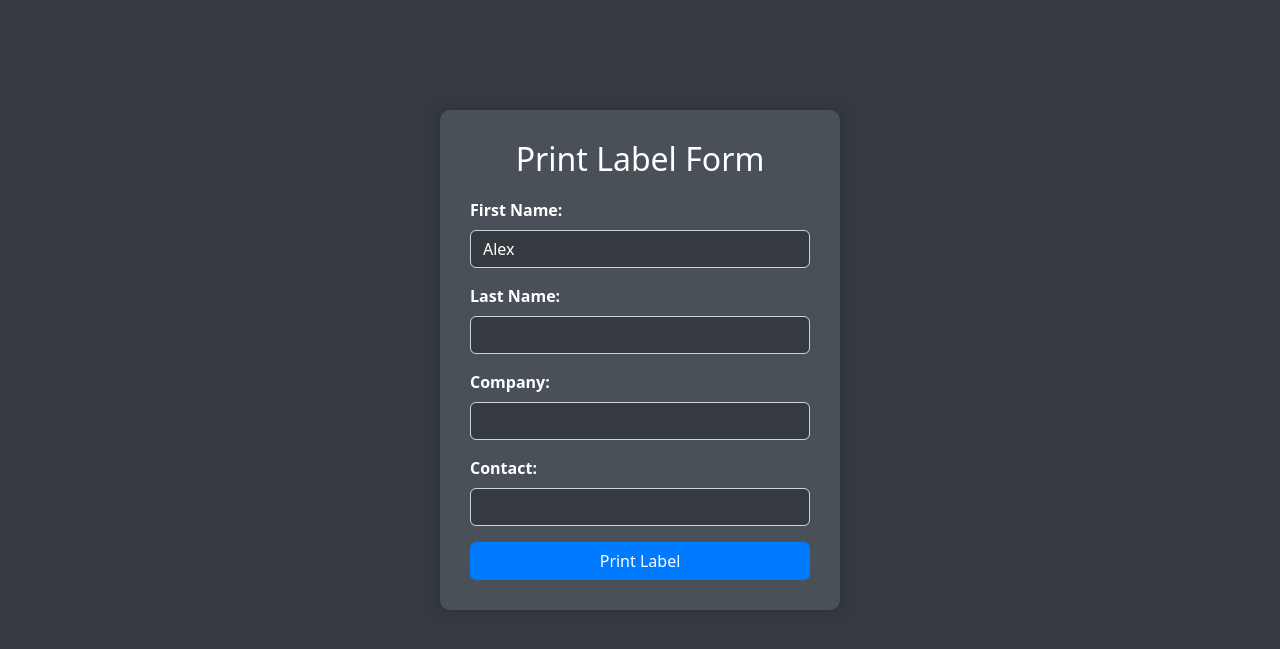
Repository: koenig39/brather
Page: templates/form.html
These files come from the project's save history. The page is drawn as it stood at one moment and after the next save; the edit follows.
The browser window is 1280 px wide. The pictures show the whole page.

Above is the page before, as saved 2024-10-24 17:26:43.

After the next save:
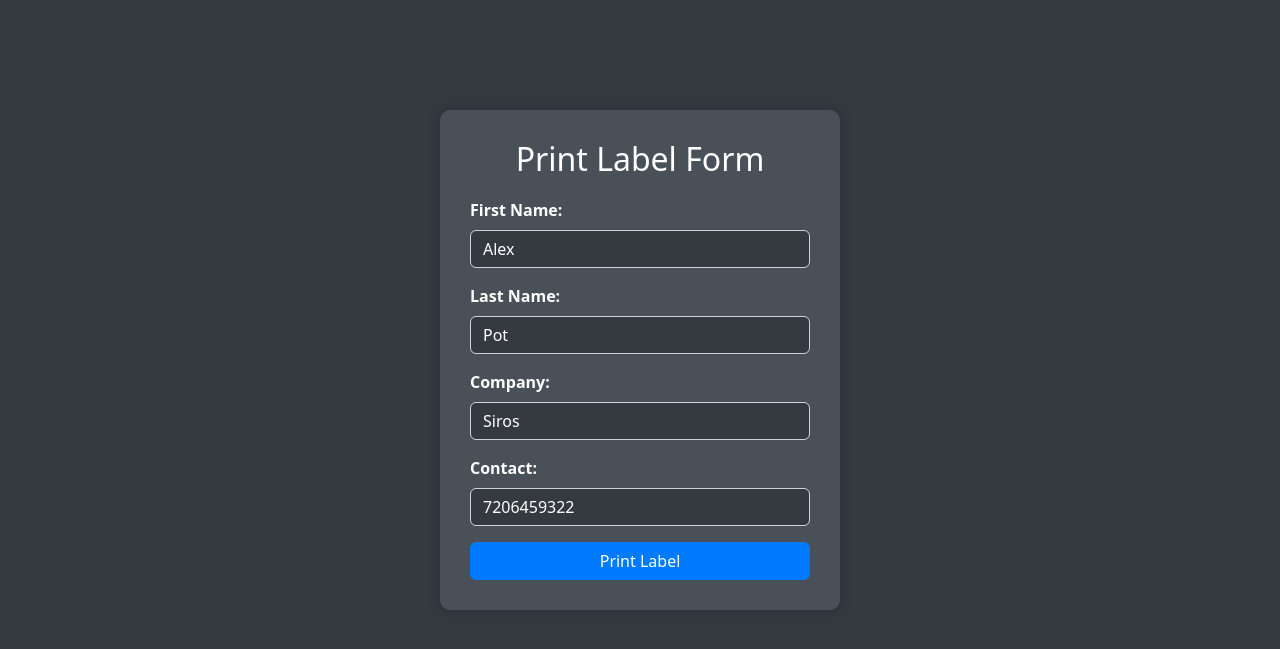
Saved 36 s later.
--- a/templates/form.html
+++ b/templates/form.html
@@ -58,22 +58,22 @@
         <form action="/submit" method="POST">
             <div class="mb-3">
                 <label for="fname" class="form-label">First Name:</label>
-                <input type="text" class="form-control" id="fname" name="fname" value="Alex">
+                <input type="text" class="form-control" id="fname" name="fname" value="Alex" required>
             </div>
 
             <div class="mb-3">
                 <label for="lname" class="form-label">Last Name:</label>
-                <input type="text" class="form-control" id="lname" name="lname" required>
+                <input type="text" class="form-control" id="lname" name="lname" value="Pot" required>
             </div>
 
             <div class="mb-3">
                 <label for="company" class="form-label">Company:</label>
-                <input type="text" class="form-control" id="company" name="company" required>
+                <input type="text" class="form-control" id="company" name="company" value="Siros" required>
             </div>
 
             <div class="mb-3">
                 <label for="contact" class="form-label">Contact:</label>
-                <input type="text" class="form-control" id="contact" name="contact" required>
+                <input type="text" class="form-control" id="contact" name="contact" value="7206459322" required>
             </div>
 
             <div class="d-grid">
